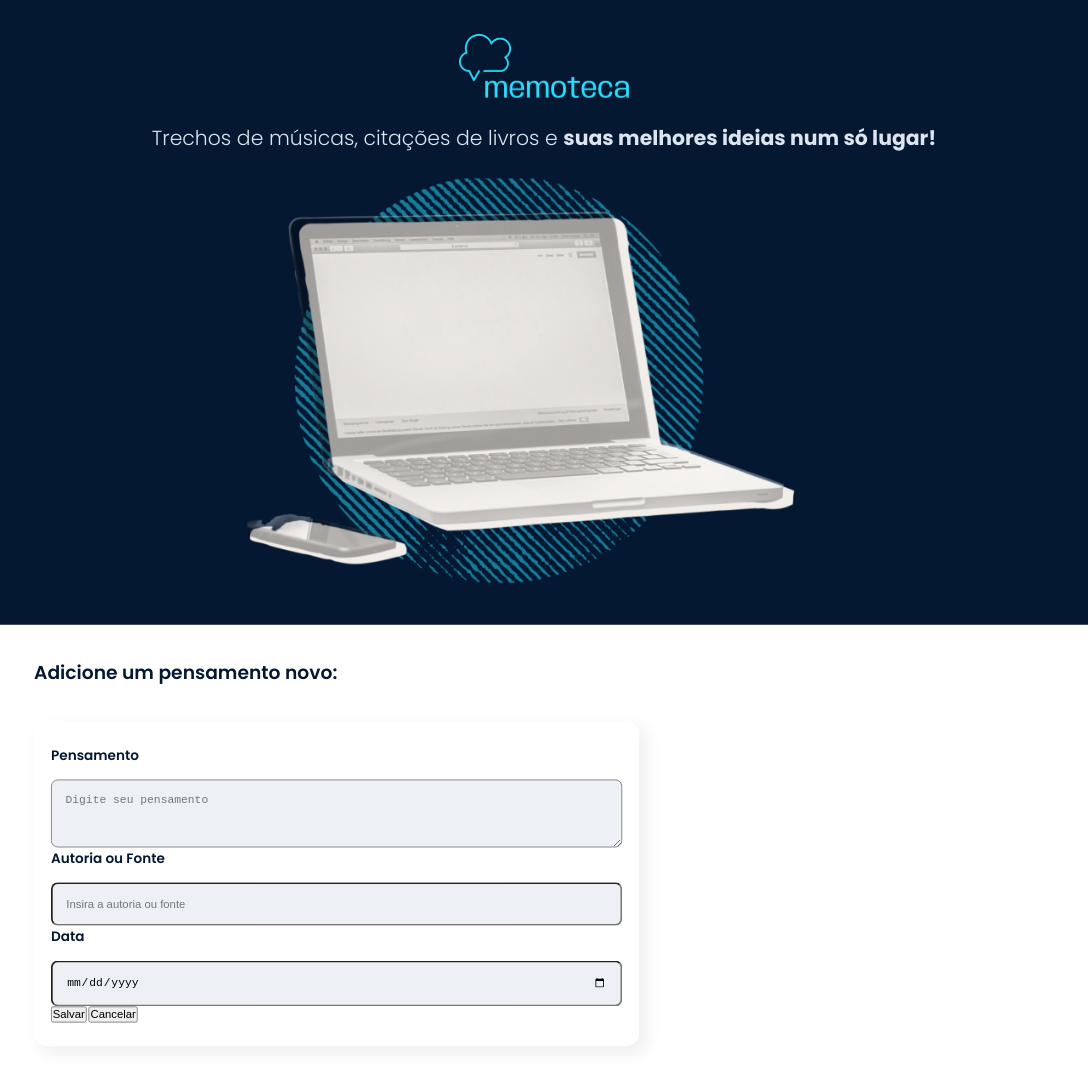
Repository: joaoPraiaJunior/crud_js
Page: index.html
The author's editor kept a copy of each file at every save. The page is drawn from the files as they stood at one save, then again after the next save.
The browser window is 1280 px wide. The pictures show the whole page, at 85% of full size.

Above is the page before, as saved 2024-09-26 22:49:55.

After the next save:
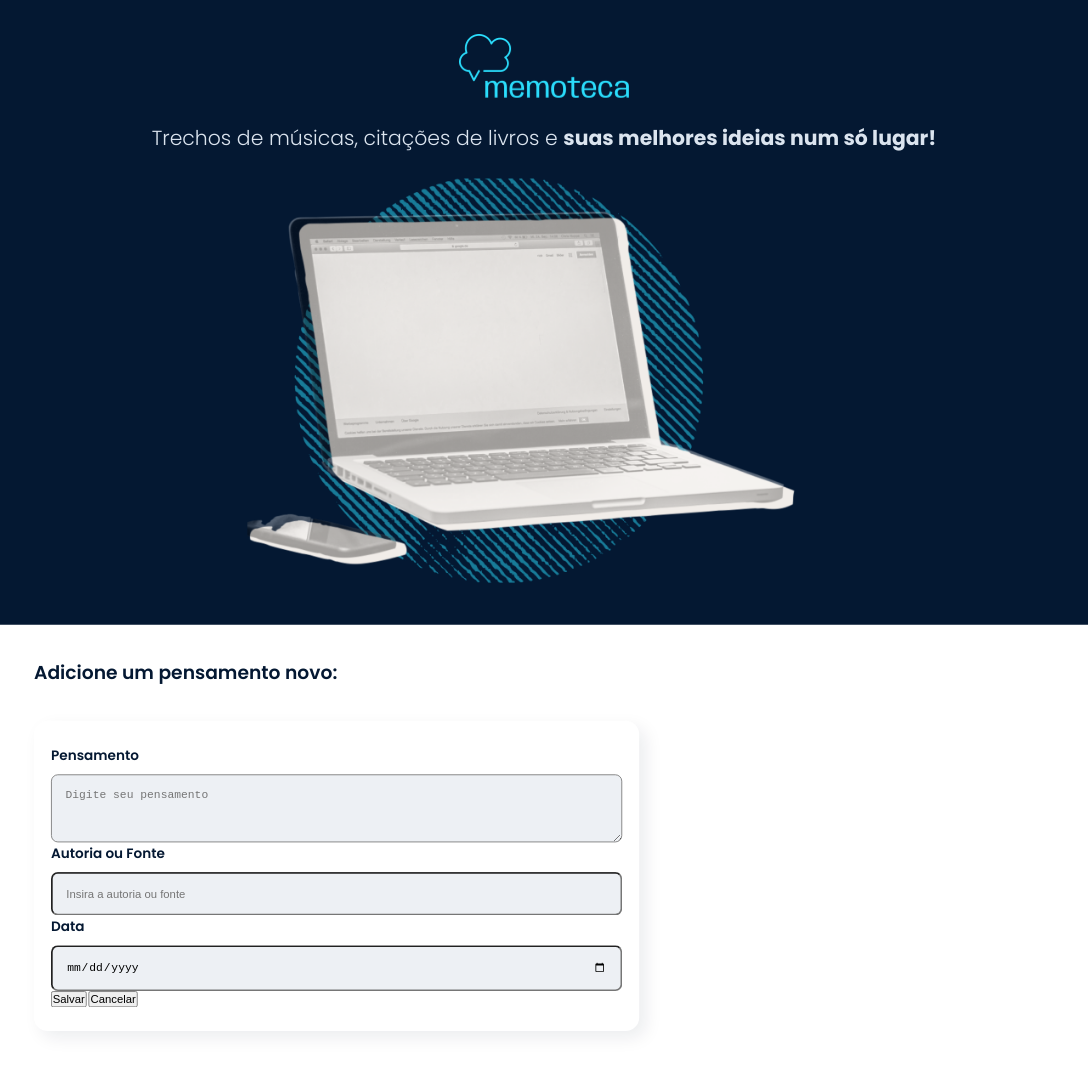
Saved 15 s later.
--- a/css/styles.css
+++ b/css/styles.css
@@ -113,7 +113,7 @@ main {
 	font-family: var(--font-primaria);
 	font-size: 1.6rem;
 	font-weight: 600;
-	margin-bottom: 1.6rem;
+	margin-bottom: 1rem;
 }
 
 /* main {
